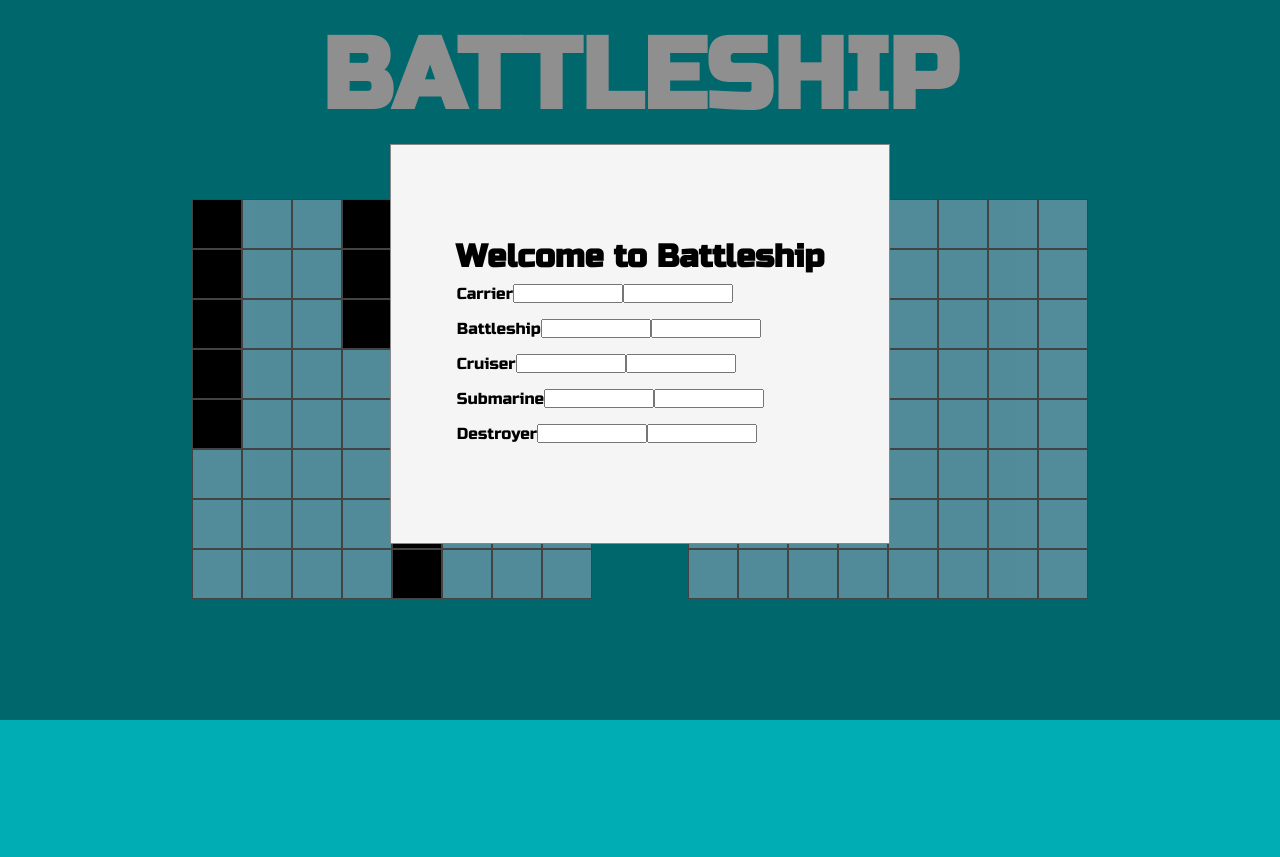
Repository: AzharMoosa/battleship
Page: /
The author's editor kept a copy of each file at every save. The page is drawn from the files as they stood at one save, then again after the next save.
The browser window is 1280 px wide. The pictures show the whole page.
The project was rebuilt for these pictures with package versions that can differ from the ones it lists, and the page was loaded fresh each time.

Above is the page before, as saved 2020-07-09 10:13:19.

After the next save:
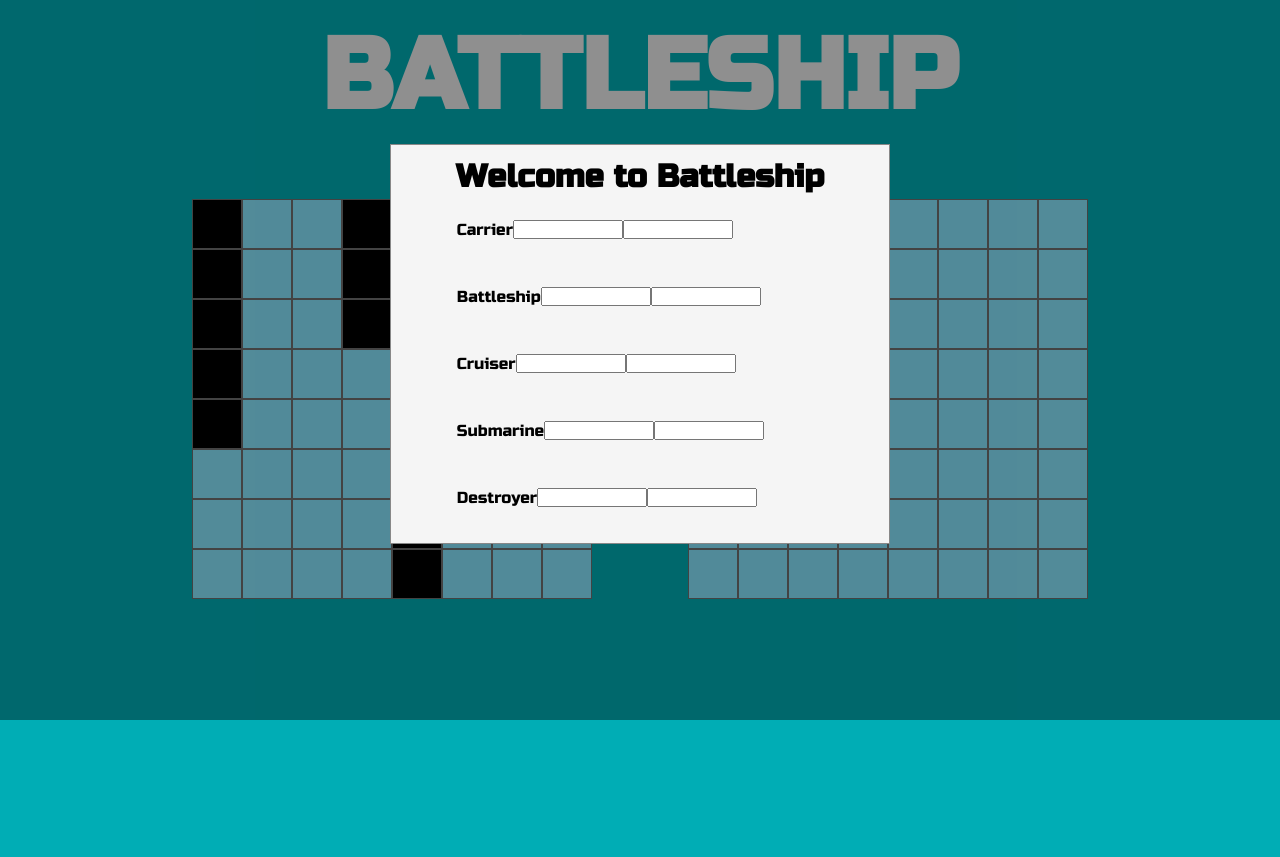
Saved 11 s later.
--- a/src/App.css
+++ b/src/App.css
@@ -124,7 +124,7 @@ body {
   display: flex;
   align-items: center;
   width: 80%;
-  margin-top: 1rem 0.5rem;
+  margin: 1rem 0.5rem;
 }
 
 .coord-input {
